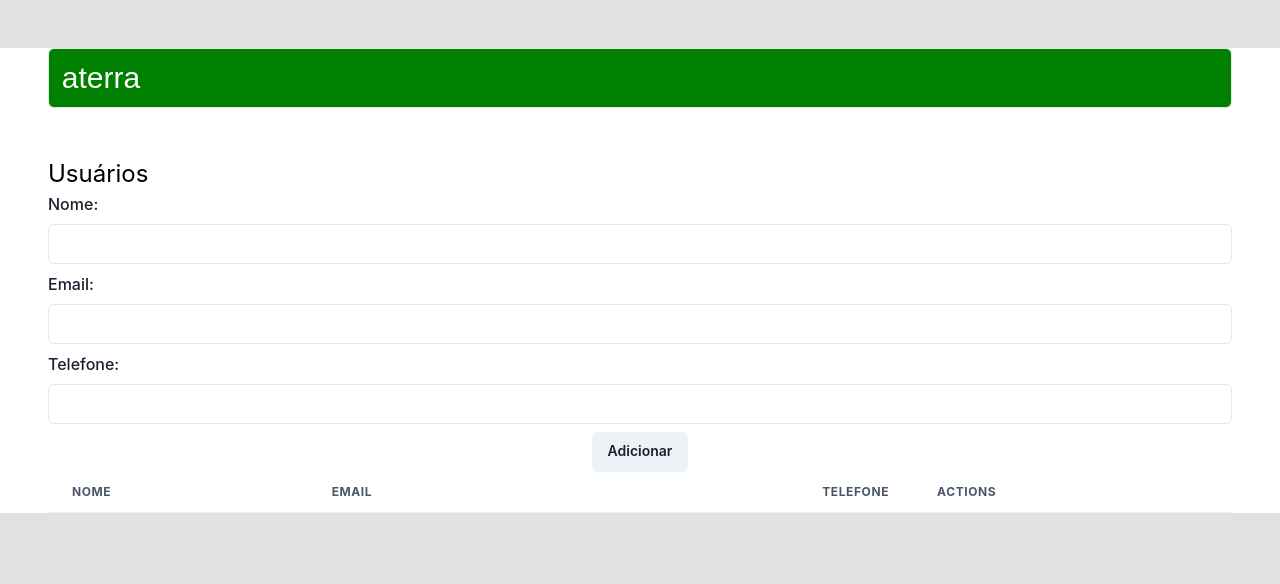
Repository: renan-oliveira93/CRUD-ATERRA
Page: /
These files come from the project's save history. The page is drawn as it stood at one moment and after the next save; the edit follows.
The browser window is 1280 px wide. The pictures show the whole page.
The page's requests for data from a server got no answer. The project was rebuilt for these pictures with package versions that can differ from the ones it lists, and the page was loaded fresh each time. The framework's server and built-in components were replaced by stand-ins that run in the browser. No one was signed in, and anything a server would have sent is missing. Also part of the build but not shown: next.config.js.

Above is the page before, as saved 2022-02-02 23:32:35.

After the next save:
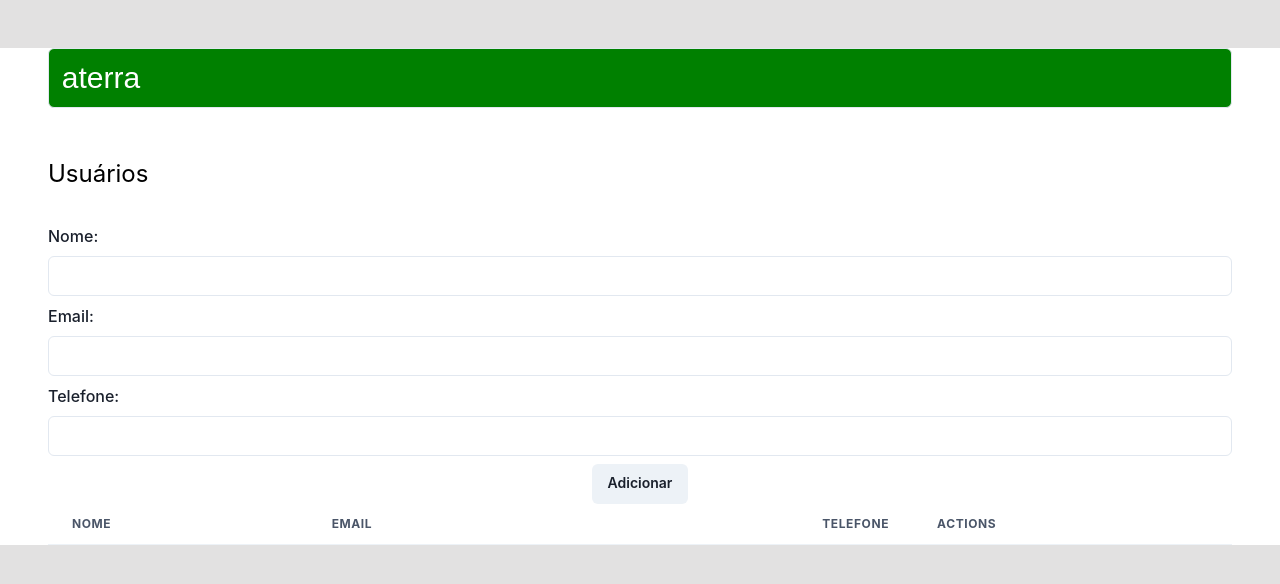
Saved 75 s later.
--- a/pages/index.js
+++ b/pages/index.js
@@ -132,7 +132,7 @@ export default function Home() {
 
 </Menu>
 
-      <Flex color='white' justifyContent='space-between' >
+      <Flex color='white' marginBottom='2rem' justifyContent='space-between' >
           <Text color='black' fontSize='2xl'>Usuários</Text>
       </Flex>
 
